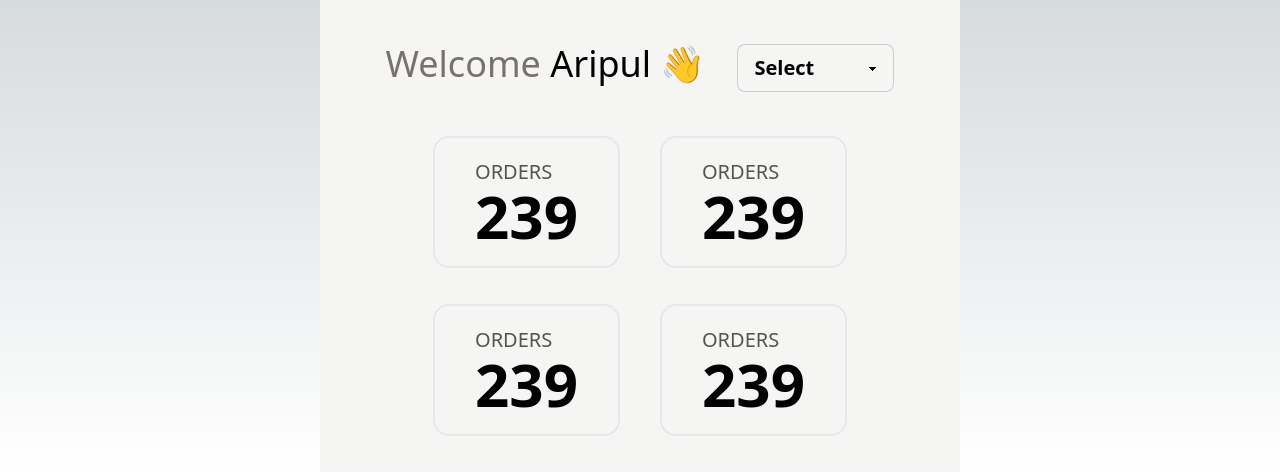
Repository: mehedi9465/nextapp
Page: /Dashboard
The author's editor kept a copy of each file at every save. The page is drawn from the files as they stood at one save, then again after the next save.
The browser window is 1280 px wide. The pictures show the whole page.
The project was rebuilt for these pictures with package versions that can differ from the ones it lists, and the page was loaded fresh each time. The framework's server and built-in components were replaced by stand-ins that run in the browser. Also part of the build but not shown: next.config.js, Components/Navbar.js.

Above is the page before, as saved 2023-03-04 15:43:11.

After the next save:
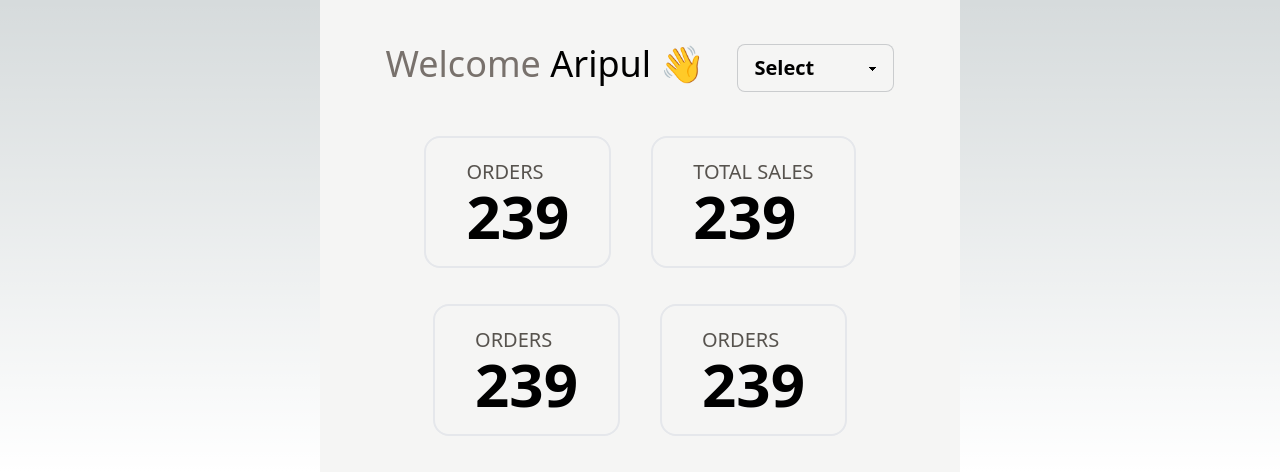
Saved 31 s later.
--- a/pages/Dashboard/index.js
+++ b/pages/Dashboard/index.js
@@ -29,7 +29,7 @@ const index = () => {
           </div>
           <div className="border-2 rounded-2xl justify-start mx-5 px-10 py-5 text-left">
             <p className="uppercase text-stone-600 font-normal text-xl">
-              Orders
+              Total Sales
             </p>
             <p className="text-6xl font-bold">239</p>
           </div>
